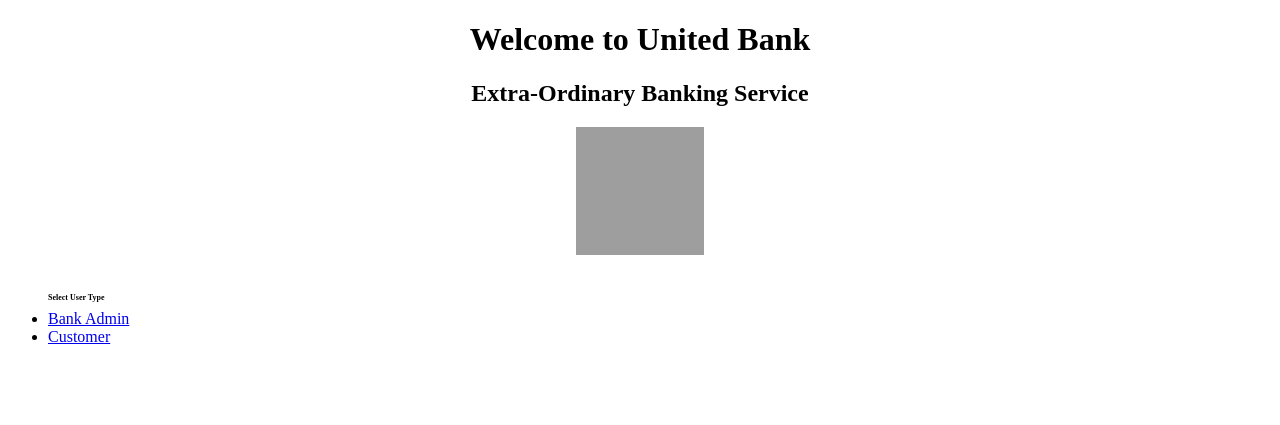
Repository: ameena017/bank-app
Page: http://localhost/banking-app/
These files come from the project's save history. The page is drawn as it stood at one moment and after the next save; the edit follows.
The browser window is 1280 px wide. The pictures show the whole page.
Pictures or frames that could not be fetched are drawn as grey boxes. The page is served by Tomcat 9. Nobody is signed in. The application's start-up code is not run.

Above is the page before, as saved 2017-09-19 06:40:51.

After the next save:
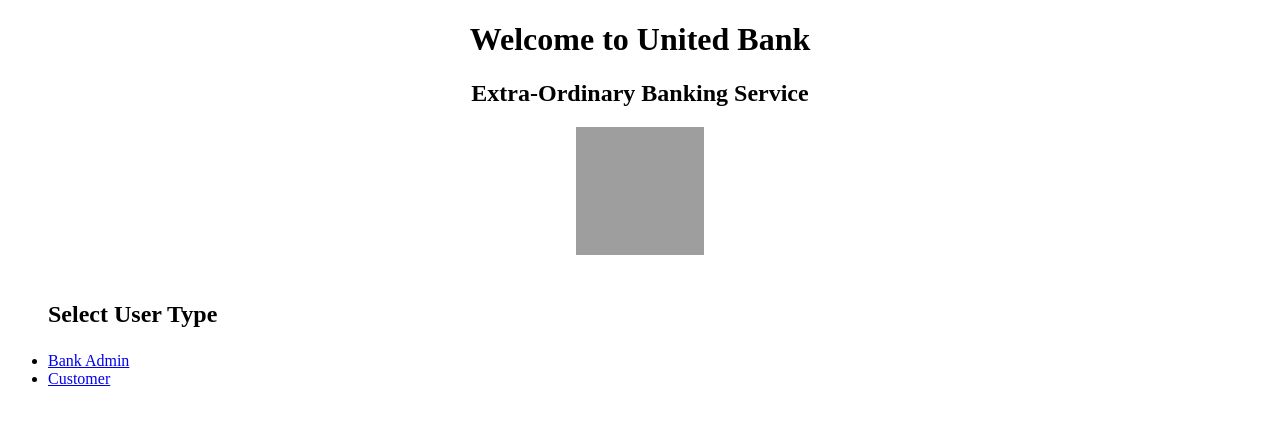
Saved 20 s later.
--- a/banking-app/WebContent/index.jsp
+++ b/banking-app/WebContent/index.jsp
@@ -22,7 +22,7 @@
 </br>
 <div id="navigation">
     <ul>
-   <h3 style="font-size:50%;">Select User Type</h3>
+   <h3 style="font-size:150%;">Select User Type</h3>
     <li><a href="login.jsp">Bank Admin</a></li>
     <li><a href="login1.jsp">Customer</a></li>
 
